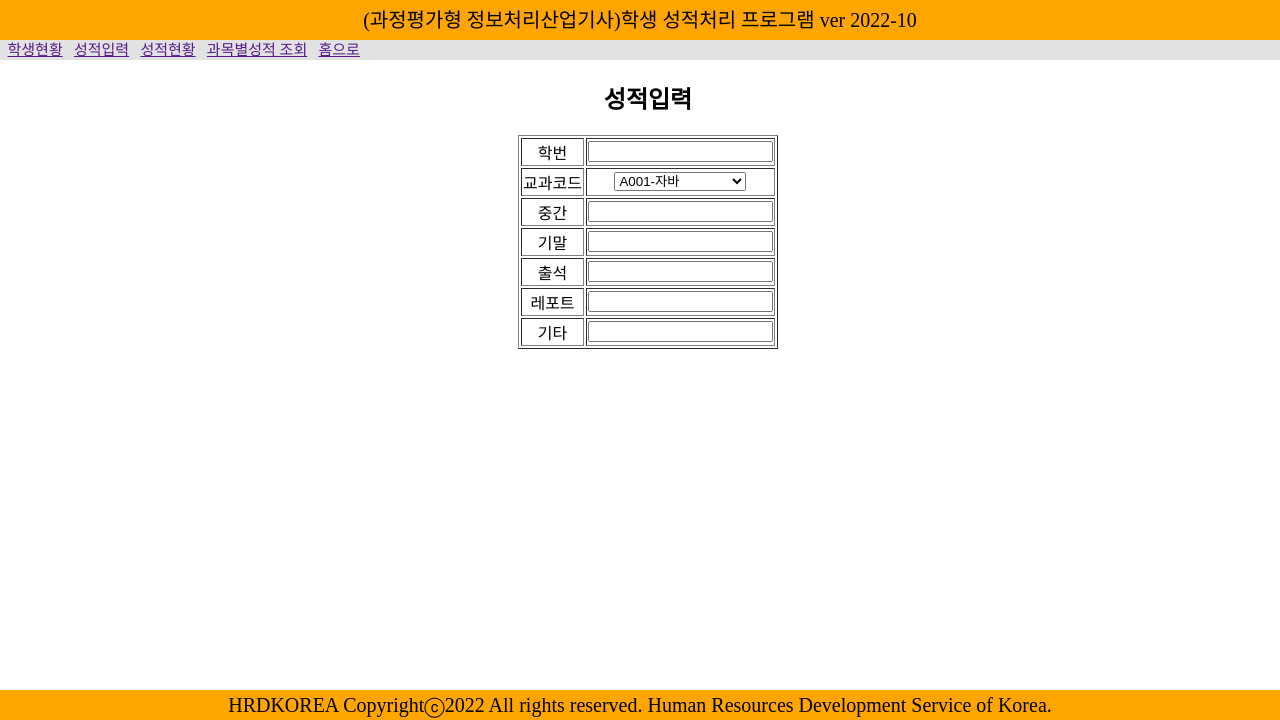
Repository: YeoJeongmo/hrdKorea
Page: http://localhost/HRD_01/insert.jsp
These files come from the project's save history. The page is drawn as it stood at one moment and after the next save; the edit follows.
The browser window is 1280 px wide. The pictures show the whole page.
The page is served by Tomcat 9.

Above is the page before, as saved 2024-09-02 12:12:49.

After the next save:
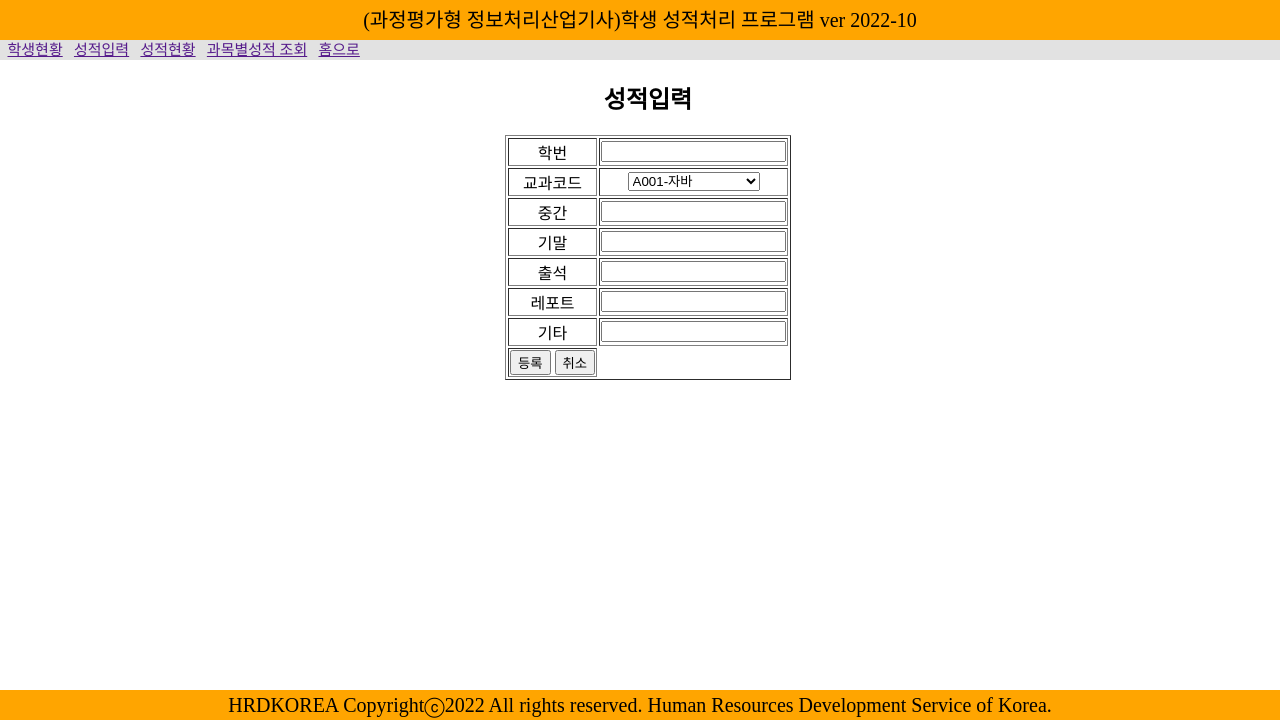
Saved 92 s later.
--- a/cbq_02/workspace/HRD_01/src/main/webapp/insert.jsp
+++ b/cbq_02/workspace/HRD_01/src/main/webapp/insert.jsp
@@ -50,6 +50,12 @@
 				<td> 기타 </td>
 				<td> <input type="text" name="etc"> </td>
 			</tr>
+			<tr>
+				<td>
+					<input type="button" value="등록" onclick="addCheck()">
+					<input type="button" value="취소" onclick="window.location = index.jsp">
+				</td>
+			</tr>
 		</table>
 	</form>
 </section>
